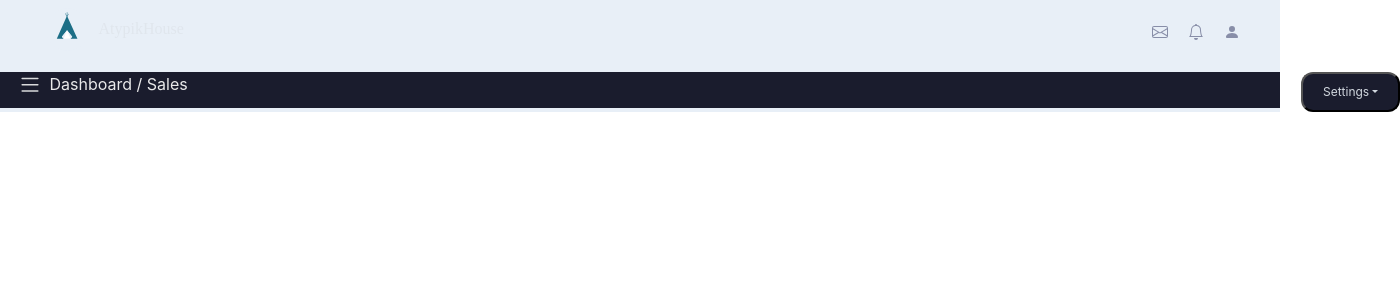
Repository: kifack/API-Symfony-AtypikHouse
Page: / (app in admin-frontend/)
These files come from the project's save history. The page is drawn as it stood at one moment and after the next save; the edit follows.
The browser window is 1280 px wide. The page is 1400 px wide, so the pictures cover 1400 px, including what lies to the right of the window. The pictures show the whole page.
Some web libraries are served in a nearby version. The project was rebuilt for these pictures with package versions that can differ from the ones it lists, and the page was loaded fresh each time. Also part of the build but not shown: admin-frontend/src/css/Responsive.css, admin-frontend/src/css/admin/navbar.css, admin-frontend/src/components/template_parts/Header.js, admin-frontend/src/components/template_parts/Footer.js, admin-frontend/src/components/template_parts/Sidebar.js, admin-frontend/src/components/partials/LocationEntry.js, admin-frontend/src/components/template_parts/Spinner.js, admin-frontend/src/actions/location.js and 26 more.

Above is the page before, as saved 2020-10-01 22:19:33.

After the next save:
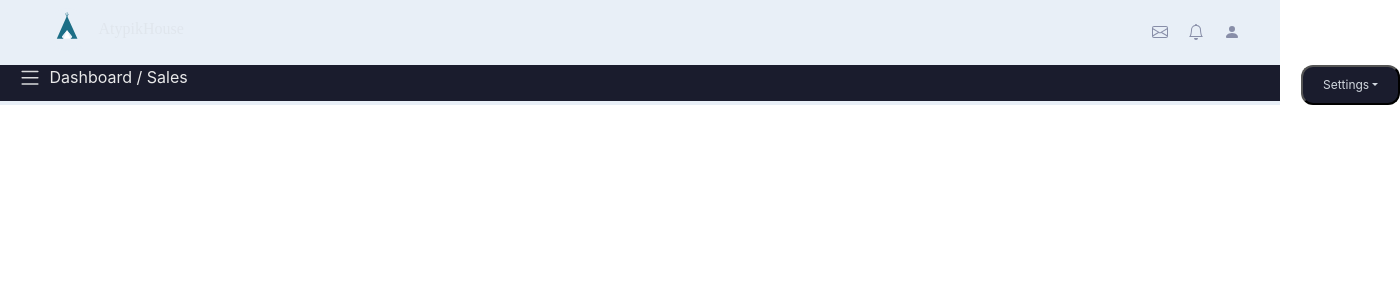
Saved 8 s later.
--- a/admin-frontend/src/css/App.css
+++ b/admin-frontend/src/css/App.css
@@ -89,7 +89,7 @@ header .navbar{
 }
 
 header .menuhaut{
-  height: 10vh;
+  height: 9vh;
   padding: 0;
   margin: 0;
 }
